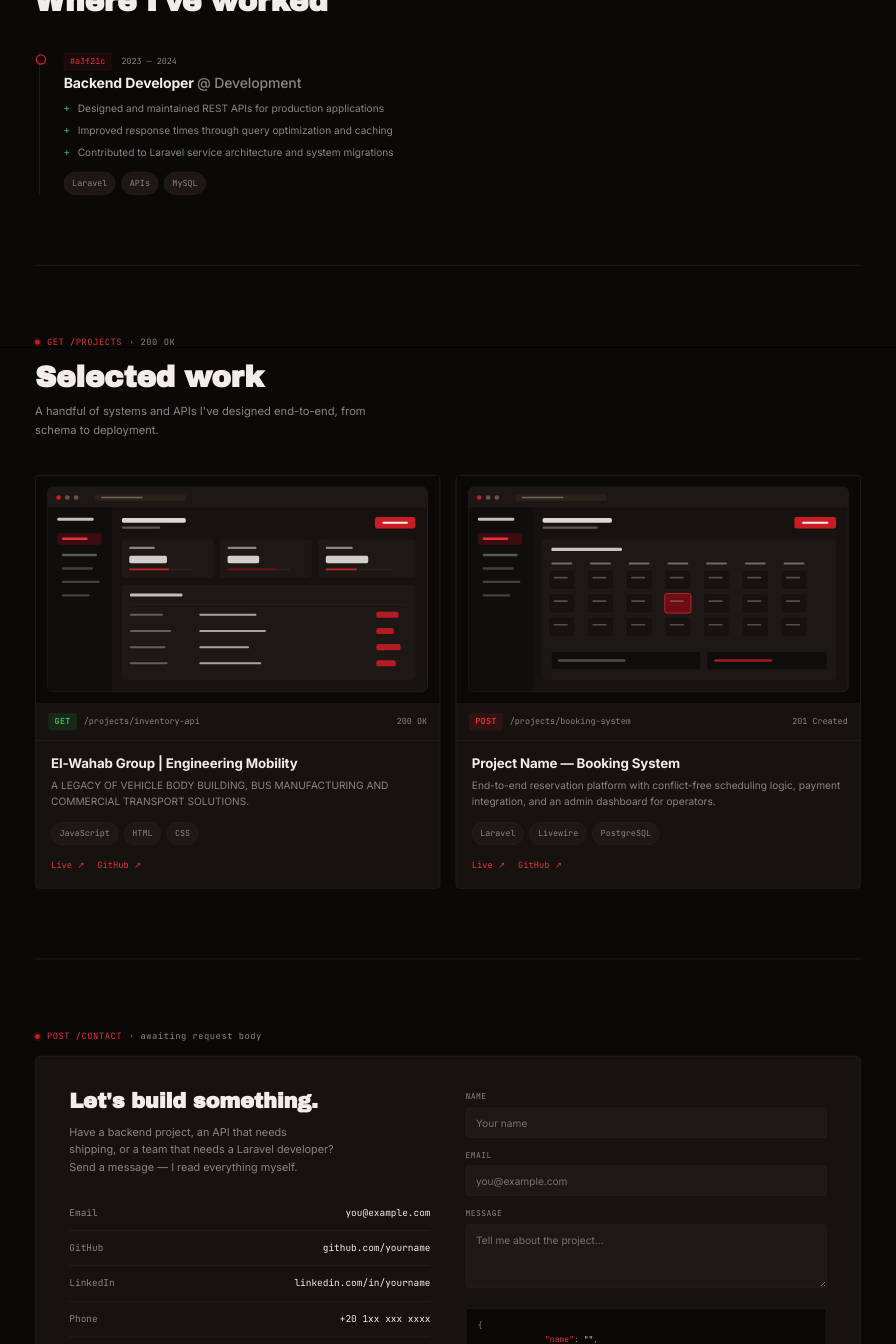
Repository: sayedelshazly/Portfolio.SE
Page: index.html
An editor plug-in stored every save of this project. The page is shown before and after a run of saves, followed by the edit.
The browser window is 1280 px wide. The pictures show the part of the page from y = 2409 to 4329 px (the page is 4652 px tall), at 70% of full size.

Above is the page before, as saved 2026-10-13 02:03:19.

### index.html
<!DOCTYPE html>
<html lang="en">

<head>
  <meta charset="UTF-8">
  <meta name="viewport" content="width=device-width, initial-scale=1.0, viewport-fit=cover">
  <meta name="color-scheme" content="dark light">
  <title>Sayed Elshazly — Backend Engineer</title>
  <script>
    (() => {
      const systemPrefersLight = window.matchMedia('(prefers-color-scheme: light)').matches;
      try {
        const savedTheme = localStorage.getItem('portfolio-theme');
        document.documentElement.dataset.theme = savedTheme === 'light' || savedTheme === 'dark' ?
          savedTheme :
          (systemPrefersLight ? 'light' : 'dark');
      } catch {
        document.documentElement.dataset.theme = systemPrefersLight ? 'light' : 'dark';
      }
    })();
    document.documentElement.classList.add('is-loading');
    window.__pageLoadStartedAt = performance.now();
  </script>
  <link rel="preconnect" href="https://fonts.googleapis.com">
  <link rel="preconnect" href="https://fonts.gstatic.com" crossorigin>
  <link
    href="https://fonts.googleapis.com/css2?family=Archivo+Black&family=JetBrains+Mono:wght@400;500;600;700&family=Inter:wght@400;500;600;700;800&display=swap"
    rel="stylesheet">
  <link rel="stylesheet" href="style.css">
</head>

<body>

  <div class="preloader" id="preloader" role="status" aria-live="polite" aria-label="Loading website">
    <div class="loader-content">
      <span class="loader-mark"><span>&lt;</span>SE<span>/&gt;</span></span>
      <span class="loader-spinner" aria-hidden="true"></span>
      <span class="loader-text">Preparing your experience</span>
      <span class="loader-progress" aria-hidden="true"><span></span></span>
    </div>
  </div>

  <header>
    <div class="reading-progress" aria-hidden="true"><span id="readingProgress"></span></div>
    <nav>
      <a class="logo" href="#top" aria-label="Sayed Elshazly, back to top"><span
          class="br">&lt;</span>SayedElshazly<span class="br">/&gt;</span></a>
      <button class="nav-toggle" type="button" aria-expanded="false" aria-controls="site-navigation"
        aria-label="Open navigation">
        <span></span><span></span>
      </button>
      <ul class="nav-links" id="site-navigation">
        <li><a href="#about">about</a></li>
        <li><a href="#skills">skills</a></li>
        <li><a href="#experience">experience</a></li>
        <li><a href="#projects">projects</a></li>
        <li><a href="#contact">contact</a></li>
        <li><a href="./blog.html" target="_self">Blog</a></li>
        <li class="nav-close-item"><button class="nav-close" type="button">Close menu</button></li>
      </ul>
      <div class="status-pill"><span class="dot"></span><span class="label">available for work</span></div>
      <button class="theme-toggle" id="themeToggle" type="button" aria-label="Switch to light mode"
        title="Switch to light mode">
        <svg class="theme-icon-sun" viewBox="0 0 24 24" aria-hidden="true" focusable="false">
          <circle cx="12" cy="12" r="4"></circle>
          <path
            d="M12 2v2m0 16v2M4.93 4.93l1.42 1.42m11.3 11.3 1.42 1.42M2 12h2m16 0h2M4.93 19.07l1.42-1.42m11.3-11.3 1.42-1.42">
          </path>
        </svg>
        <svg class="theme-icon-moon" viewBox="0 0 24 24" aria-hidden="true" focusable="false">
          <path d="M20.2 15.1A8.5 8.5 0 0 1 8.9 3.8 8.6 8.6 0 1 0 20.2 15.1Z"></path>
        </svg>
      </button>
    </nav>
  </header>

  <main>

    <!-- ================= HERO ================= -->
    <section class="hero wrap" id="top">
      <div class="hero-intro">
        <h1>Sayed Abdo Elshazly<span class="accent">.</span></h1>
        <div class="eyebrow">GET /developer <span class="status">· HTTP/1.1 200 OK</span></div>
        <div class="role">Backend Engineer <span class="pipe">/</span> PHP &amp; Laravel Specialist</div>
      </div>

      <div class="hero-support">
        <p class="lede">I design and ship reliable server-side systems — clean APIs, solid database
          architecture, and code that holds up in production. Based in Cairo, working with teams
          anywhere.</p>
        <div class="btn-row">
          <a href="#projects" class="btn btn-primary">View Projects →</a>
          <a href="#contact" class="btn btn-ghost">Let's Talk <span aria-hidden="true">↗</span></a>
        </div>
      </div>

      <div class="term-card">
        <div class="term-bar">
          <span class="tdot"></span><span class="tdot"></span><span class="tdot"></span>
          <!-- <span class="tpath">~/portfolio/profile.jpg</span> -->
        </div>
        <div class="term-photo">
          <img src="./portrait2.jpeg" alt="Portrait of Sayed Elshazly, backend engineer">
          <div class="scan"></div>
          <div class="term-json">
            <span class="k">"role"</span>: <span class="s">"Backend Engineer"</span>,<br>
            <span class="k">"stack"</span>: <span class="s">["PHP", "Laravel", "MySQL"]</span>,<br>
            <span class="k">"status"</span>: <span class="s">"available"</span><span class="cursor"></span>
          </div>
        </div>
      </div>

      <div class="stat-row">
        <div class="stat"><b>1+</b><span>Years Experience</span></div>
        <div class="stat"><b>5+</b><span>Projects Shipped</span></div>
        <div class="stat"><b>2+</b><span>APIs Built</span></div>
      </div>
    </section>

    <!-- ================= ABOUT ================= -->
    <section class="about wrap" id="about">
      <div class="eyebrow">GET /about <span class="status">· 200 OK</span></div>
      <div class="about-grid">
        <div>
          <p>I'm a <b>Backend Developer</b> focused on PHP and the Laravel ecosystem. I like
            turning ambiguous requirements into APIs and services that are fast, well-tested,
            and easy for the next developer to reason about.</p>
          <p>My day-to-day covers <b>REST API design</b>, <b>database modeling</b>, authentication
            and authorization systems, background job processing, and integrating third-party
            services. I care about clean architecture as much as working code — SOLID principles,
            repository patterns, and readable commits.</p>
          <p>Outside of client work, I spend time exploring system design, contributing to small
            open-source tools, and refining my own boilerplate for faster project starts.</p>
        </div>
        <ul class="fact-list">
          <li><span>Location</span><span>6th of October, Giza, Egypt</span></li>
          <li><span>Focus</span><span>Backend / API Architecture</span></li>
          <li><span>Availability</span><span>Open to freelance &amp; full-time</span></li>
          <li><span>Languages</span><span>Arabic, English</span></li>
          <li><span>Response time</span><span>&lt; 24h</span></li>
        </ul>
      </div>
    </section>

    <!-- ================= SKILLS ================= -->
    <section class="skills wrap" id="skills">
      <div class="section-head">
        <div class="eyebrow">GET /skills <span class="status">· 200 OK</span></div>
        <h2>What I build with</h2>
        <p>The core stack behind most of the systems I ship — plus the tools that keep them
          maintainable.</p>
      </div>
      <div class="skill-groups">
        <div class="skill-card">
          <h3>Languages &amp; Frameworks</h3>
          <div class="tag-row">
            <span class="tag">PHP</span>
            <span class="tag">Laravel</span>
            <span class="tag">JavaScript</span>
            <span class="tag">Blade</span>
            <span class="tag">Livewire</span>
          </div>
        </div>
        <div class="skill-card">
          <h3>Data &amp; APIs</h3>
          <div class="tag-row">
            <span class="tag">MySQL</span>
            <span class="tag">PostgreSQL</span>
            <span class="tag">Redis</span>
            <span class="tag">REST APIs</span>
            <span class="tag">Eloquent ORM</span>
          </div>
        </div>
        <div class="skill-card">
          <h3>Tools &amp; Practices</h3>
          <div class="tag-row">
            <span class="tag">Git</span>
            <span class="tag">Docker</span>
            <span class="tag">Postman</span>
            <span class="tag">PHPUnit</span>
            <span class="tag">CI / CD</span>
          </div>
        </div>
      </div>
    </section>

    <!-- ================= EXPERIENCE ================= -->
    <section class="experience wrap" id="experience">
      <div class="section-head">
        <div class="eyebrow">GET /experience <span class="status">· 200 OK</span></div>
        <h2>Where I've worked</h2>
      </div>
      <div class="log">
        <div class="log-entry">
          <div class="log-head">
            <span class="log-hash">#a3f21c</span>
            <span class="log-date">2023 — 2024</span>
          </div>
          <h3>Backend Developer <span>@ Development</span></h3>
          <ul>
            <li>Designed and maintained REST APIs for production applications</li>
            <li>Improved response times through query optimization and caching</li>
            <li>Contributed to Laravel service architecture and system migrations</li>
          </ul>
          <div class="tag-row"><span class="tag">Laravel</span><span class="tag">APIs</span><span
              class="tag">MySQL</span></div>
        </div>
      </div>
    </section>

    <!-- ================= PROJECTS ================= -->
    <section class="projects wrap" id="projects">
      <div class="section-head">
        <div class="eyebrow">GET /projects <span class="status">· 200 OK</span></div>
        <h2>Selected work</h2>
        <p>A handful of systems and APIs I've designed end-to-end, from schema to deployment.</p>
      </div>
      <div class="project-grid">

        <div class="project-card">
          <figure class="project-visual">
            <img src="./assets/inventory-preview.svg" alt="Illustrative inventory dashboard preview" loading="lazy"
              decoding="async">
          </figure>
          <div class="pc-top">
            <span class="method get">GET</span>
            <span class="route">/projects/inventory-api</span>
            <span class="status-code">200 OK</span>
          </div>
          <div class="pc-body">
            <h3>El-Wahab Group | Engineering Mobility</h3>
            <p>A LEGACY OF VEHICLE BODY BUILDING, BUS MANUFACTURING AND
              COMMERCIAL TRANSPORT SOLUTIONS.</p>
            <div class="tag-row" style="margin-bottom:18px;">
              <span class="tag">JavaScript</span><span class="tag">HTML</span><span class="tag">CSS</span>
            </div>
            <div class="pc-links">
              <a href="elwahab-groub.up.railway.app">Live ↗</a>
              <a href="#">GitHub ↗</a>
            </div>
          </div>
        </div>

        <div class="project-card">
          <figure class="project-visual">
            <img src="./assets/booking-preview.svg" alt="Illustrative booking calendar preview" loading="lazy"
              decoding="async">
          </figure>
          <div class="pc-top">
            <span class="method post">POST</span>
            <span class="route">/projects/booking-system</span>
            <span class="status-code">201 Created</span>
          </div>
          <div class="pc-body">
            <h3>Project Name — Booking System</h3>
            <p>End-to-end reservation platform with conflict-free scheduling logic, payment
              integration, and an admin dashboard for operators.</p>
            <div class="tag-row" style="margin-bottom:18px;">
              <span class="tag">Laravel</span><span class="tag">Livewire</span><span class="tag">PostgreSQL</span>
            </div>
            <div class="pc-links">
              <a href="#">Live ↗</a>
              <a href="#">GitHub ↗</a>
            </div>
          </div>
        </div>

      </div>
    </section>

    <!-- ================= CONTACT ================= -->
    <section class="contact wrap" id="contact">
      <div class="eyebrow">POST /contact <span class="status">· awaiting request body</span></div>
      <div class="contact-grid">
        <div class="contact-info">
          <h2 style="font-size:30px;margin-bottom:16px;">Let's build something.</h2>
          <p>Have a backend project, an API that needs shipping, or a team that needs a
            Laravel developer? Send a message — I read everything myself.</p>
          <ul class="contact-channels">
            <li><span>Email</span><a href="mailto:you@example.com">you@example.com</a></li>
            <li><span>GitHub</span><a href="#">github.com/yourname</a></li>
            <li><span>LinkedIn</span><a href="#">linkedin.com/in/yourname</a></li>
            <li><span>Phone</span><a href="#">+20 1xx xxx xxxx</a></li>
          </ul>
        </div>
        <div>
          <form id="contactForm">
            <div>
              <label for="fname">Name</label>
              <input type="text" id="fname" name="name" placeholder="Your name" required>
            </div>
            <div>
              <label for="femail">Email</label>
              <input type="email" id="femail" name="email" placeholder="you@example.com" required>
            </div>
            <div>
              <label for="fmsg">Message</label>
              <textarea id="fmsg" name="message" placeholder="Tell me about the project..." required></textarea>
            </div>
            <div class="json-preview" id="jsonPreview">{
              <span class="k">"name"</span>: <span class="v">""</span>,
              <span class="k">"email"</span>: <span class="v">""</span>,
              <span class="k">"message"</span>: <span class="v">""</span>
              }</div>
            <button type="submit" class="btn btn-primary"
              style="justify-content:center;border:none;cursor:pointer;">Send Request →</button>
          </form>
        </div>
      </div>
    </section>

  </main>

  <footer>
    <div class="wrap">
      <span>© 2026 SE. All rights reserved.</span>
      <span><a href="#top">↑ back to top</a></span>
    </div>
  </footer>

  <a class="back-to-top" href="#top" aria-label="Back to top">↑</a>

  <script src="main.js"></script>

</body>

</html>

Loaded but not shown: main.js (76 lines, source omitted); style.css (2091 lines, source omitted)

After the next 4 saves:
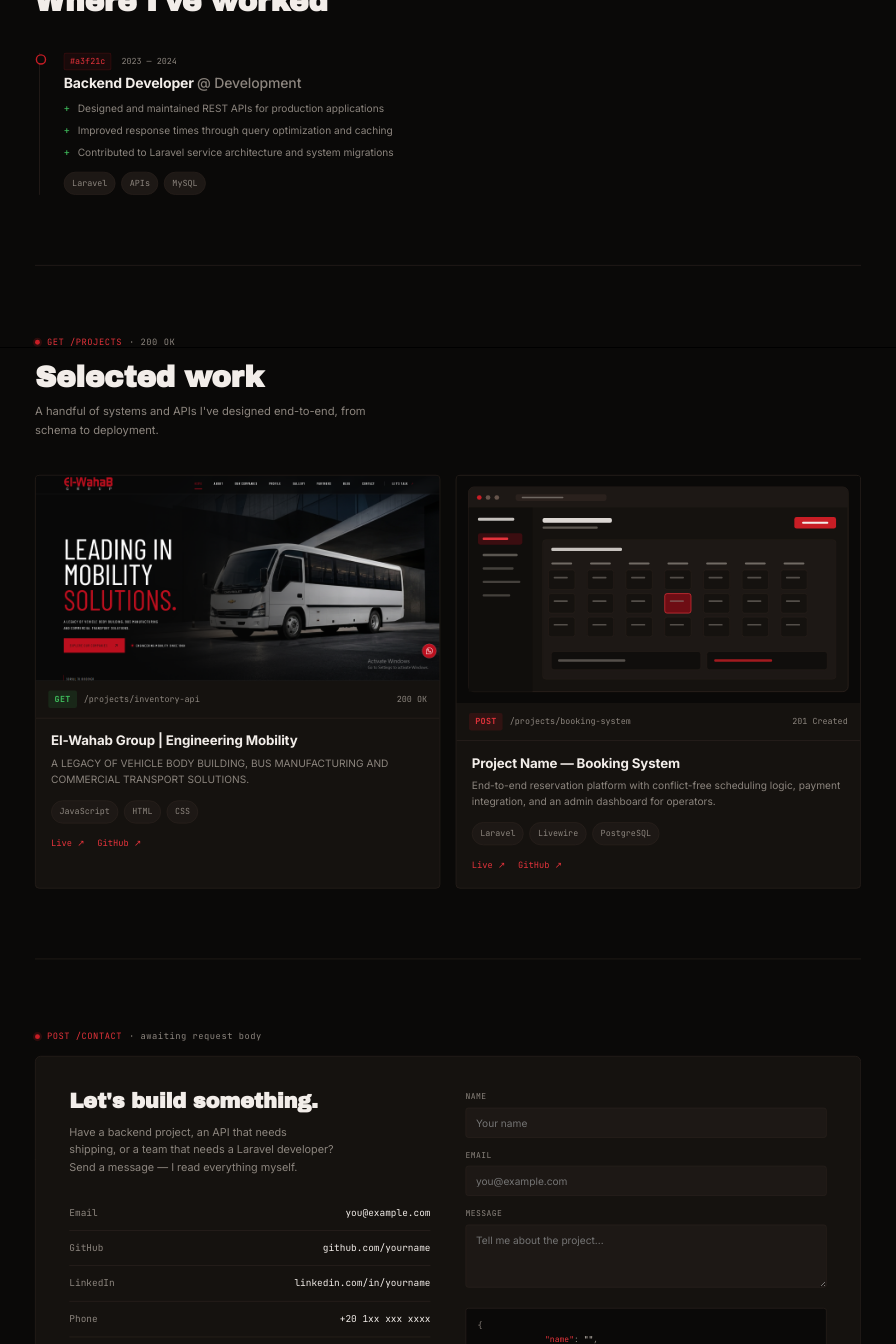
The 4 saves are shown as one change because they came seconds apart.
The last was saved 4 min 17 s later.
--- a/index.html
+++ b/index.html
@@ -219,7 +219,7 @@
 
         <div class="project-card">
           <figure class="project-visual">
-            <img src="./assets/inventory-preview.svg" alt="Illustrative inventory dashboard preview" loading="lazy"
+            <img src="./assets/blog/Screenshot (329)(1).png" alt="Illustrative inventory dashboard preview" loading="lazy"
               decoding="async">
           </figure>
           <div class="pc-top">
